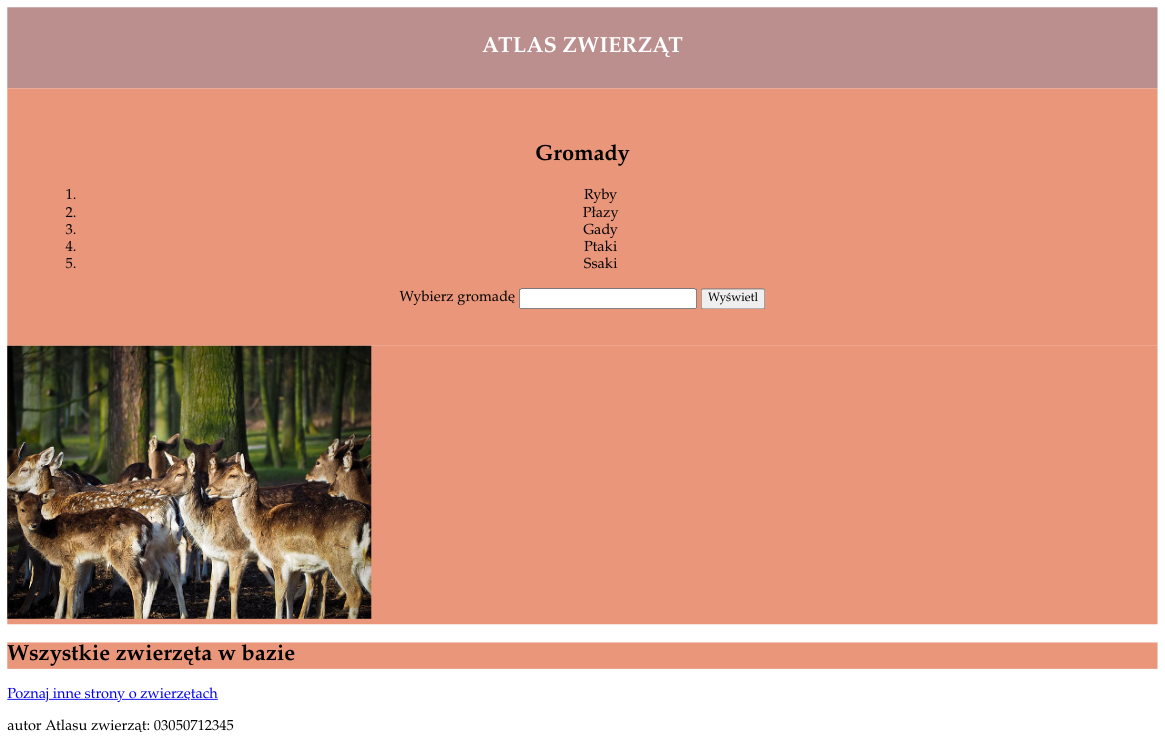
Repository: Lenerystia/HTML
Page: Zad.egz_3/index.html
These files come from the project's save history. The page is drawn as it stood at one moment and after the next save; the edit follows.
The browser window is 1280 px wide. The pictures show the whole page, at 91% of full size.

Above is the page before, as saved 2021-12-22 13:48:14.

After the next save:
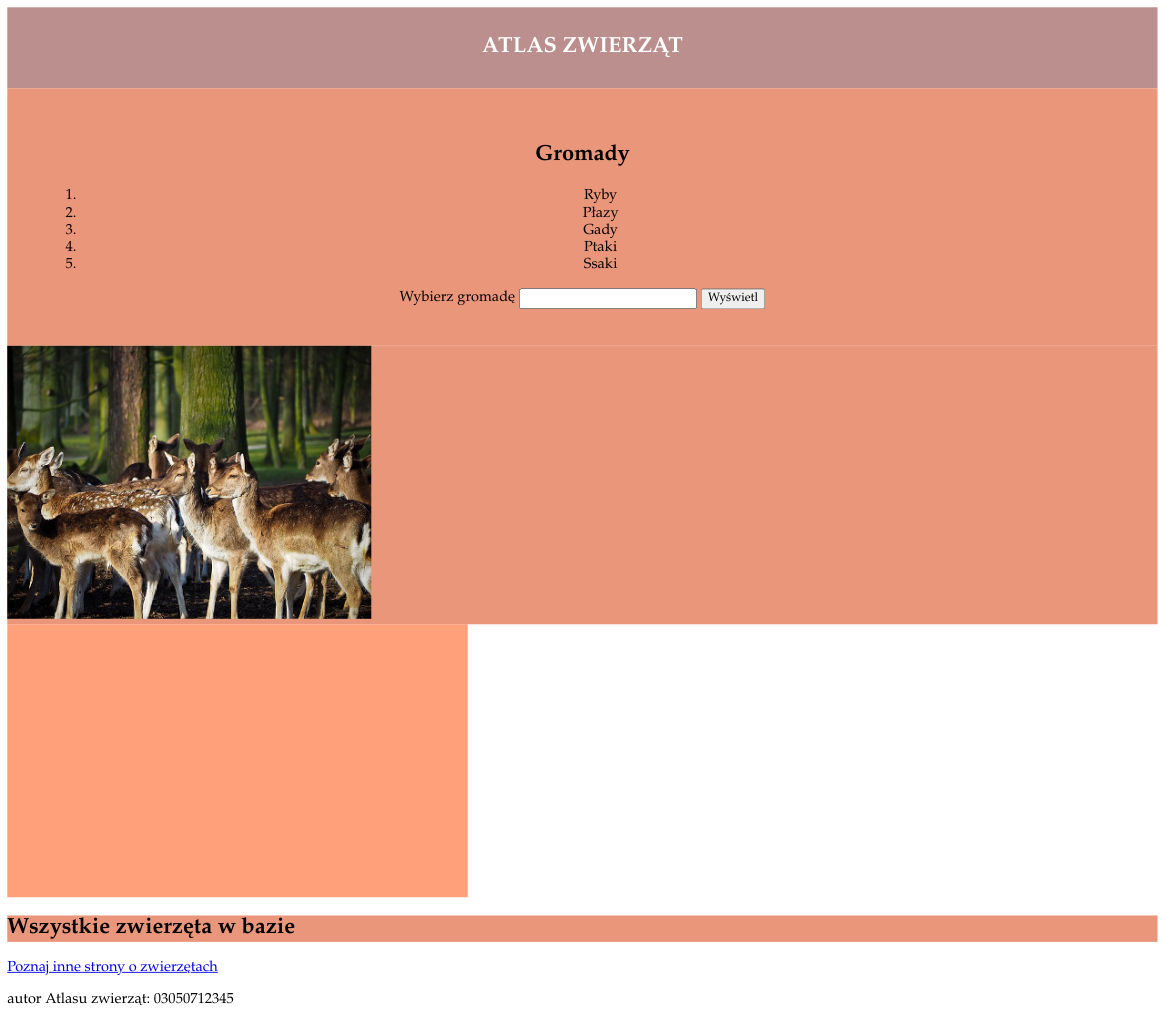
Saved 68 s later.
--- a/Zad.egz_3/styl3.css
+++ b/Zad.egz_3/styl3.css
@@ -17,4 +17,6 @@
 }
 .glownySrodkowy{
     background-color: lightsalmon;
+    height: 300px;
+    width: 40%;
 }
